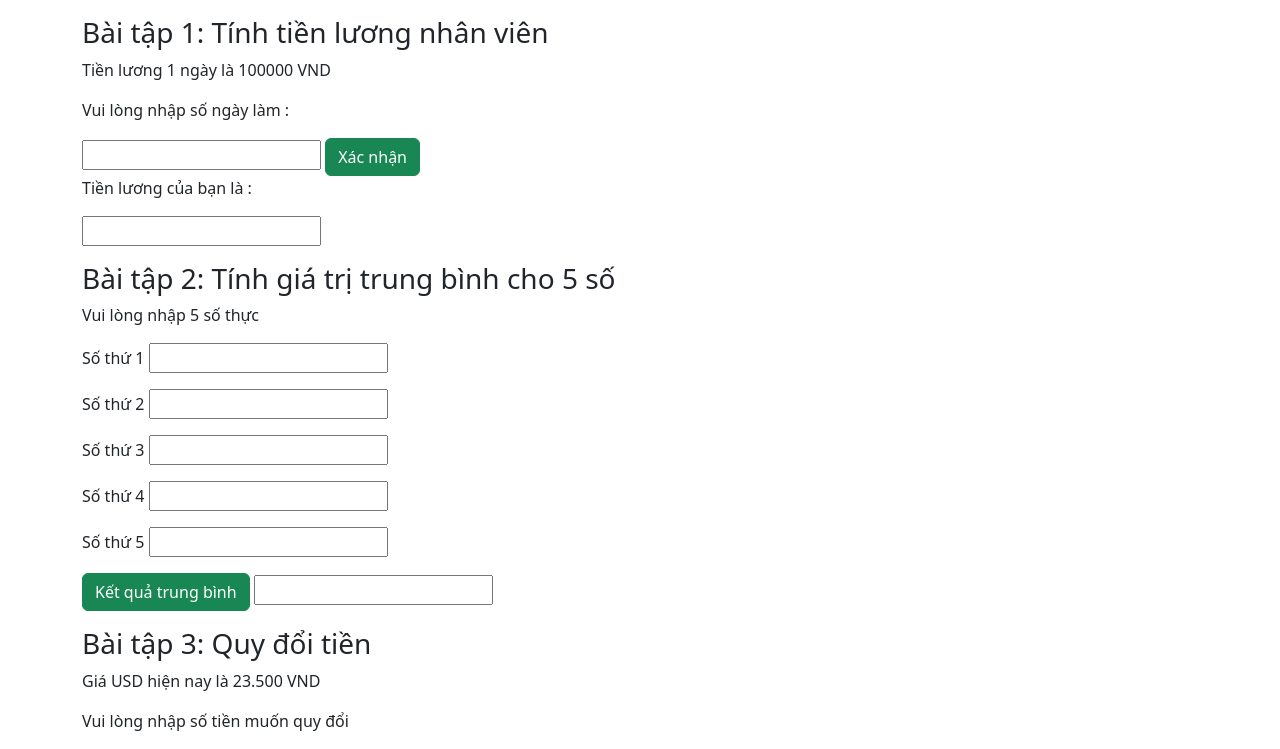
Repository: hcozyph/TranHuuPhuoc_BC43_BT_JS_Buoi2
Page: index.html
These files come from the project's save history. The page is drawn as it stood at one moment and after the next save; the edit follows.
The browser window is 1280 px wide. The pictures show the whole page.

Above is the page before, as saved 2023-01-21 22:17:26.

### index.html
<!DOCTYPE html>
<html lang="en">
    <head>
        <title>BT JS - Buoi 1</title>
        <!-- Required meta tags -->
        <meta charset="utf-8" />
        <meta
            name="viewport"
            content="width=device-width, initial-scale=1, shrink-to-fit=no"
        />

        <!-- Bootstrap CSS v5.2.1 -->
        <link
            href="https://cdn.jsdelivr.net/npm/bootstrap@5.2.1/dist/css/bootstrap.min.css"
            rel="stylesheet"
            integrity="sha384-iYQeCzEYFbKjA/T2uDLTpkwGzCiq6soy8tYaI1GyVh/UjpbCx/TYkiZhlZB6+fzT"
            crossorigin="anonymous"
        />

        <!-- FontAwesome 6.2.0 CSS -->
        <link
            rel="stylesheet"
            href="https://cdnjs.cloudflare.com/ajax/libs/font-awesome/6.2.0/css/all.min.css"
            integrity="sha512-xh6O/CkQoPOWDdYTDqeRdPCVd1SpvCA9XXcUnZS2FmJNp1coAFzvtCN9BmamE+4aHK8yyUHUSCcJHgXloTyT2A=="
            crossorigin="anonymous"
            referrerpolicy="no-referrer"
        />

        <!-- index.css -->
        <link rel="stylesheet" href="./style/index.css" />
    </head>

    <body>
        <!-- BT1 -->
        <div class="container">
            <div class="BT1">
                <h1 class="fs-3 mt-3">Bài tập 1: Tính tiền lương nhân viên</h1>
                <p>Tiền lương 1 ngày là 100000 VND</p>
                <p>Vui lòng nhập số ngày làm :</p>
                <input type="number" id="soNgayLam" />
                <button
                    class="btn btn-success"
                    id="btnXacNhan"
                    onclick="inputSoNgayLam()"
                >
                    Xác nhận
                </button>
                <p>Tiền lương của bạn là :</p>
                <input type="text" id="result" />
            </div>

            <!-- BT2 -->
            <div class="BT2">
                <h1 class="fs-3 mt-3">
                    Bài tập 2: Tính giá trị trung bình cho 5 số
                </h1>
                <p>Vui lòng nhập 5 số thực</p>

                <p>Số thứ 1 <input type="number" id="n1" /></p>
                <p>Số thứ 2 <input type="number" id="n2" /></p>
                <p>Số thứ 3 <input type="number" id="n3" /></p>
                <p>Số thứ 4 <input type="number" id="n4" /></p>
                <p>Số thứ 5 <input type="number" id="n5" /></p>

                <button
                    class="btn btn-success"
                    id="btnAverage"
                    onclick="average()"
                >
                    Kết quả trung bình
                </button>
                <input type="text" id="average" />
            </div>

            <!-- BT3 -->
            <div class="BT3">
                <h1 class="fs-3 mt-3">Bài tập 3: Quy đổi tiền</h1>
                <p>Giá USD hiện nay là 23.500 VND</p>
                <p>Vui lòng nhập số tiền muốn quy đổi</p>
            </div>
        </div>

        <!-- Bootstrap JavaScript Libraries -->
        <script
            src="https://cdn.jsdelivr.net/npm/@popperjs/core@2.11.6/dist/umd/popper.min.js"
            integrity="sha384-oBqDVmMz9ATKxIep9tiCxS/Z9fNfEXiDAYTujMAeBAsjFuCZSmKbSSUnQlmh/jp3"
            crossorigin="anonymous"
        ></script>

        <script
            src="https://cdn.jsdelivr.net/npm/bootstrap@5.2.1/dist/js/bootstrap.min.js"
            integrity="sha384-7VPbUDkoPSGFnVtYi0QogXtr74QeVeeIs99Qfg5YCF+TidwNdjvaKZX19NZ/e6oz"
            crossorigin="anonymous"
        ></script>

        <!-- index.js -->
        <script src="./index.js"></script>
    </body>
</html>

### index.js
//BT1: Tính tiền lương nhân viên
function inputSoNgayLam () {
    //input
    var soNgayLam = document.getElementById('soNgayLam').value;
    var luongMotNgay = 100000;
    //output
    var result = 0;

    var result = parseInt(soNgayLam) * parseInt(luongMotNgay);

    document.getElementById('result').value = result + 'VND';
}

//BT2: Tính trung bình cộng 5 số
function average () {
    //input
    var n1 = document.getElementById('n1').value;
    var n2 = document.getElementById('n2').value;
    var n3 = document.getElementById('n3').value;
    var n4 = document.getElementById('n4').value;
    var n5 = document.getElementById('n5').value;
    //output
    var average = 0;
    var soLuongInput = 5;

    var sum = parseFloat(n1) + parseFloat(n2) + parseFloat(n3) + parseFloat(n4) + parseFloat(n5);

    var average =  sum / parseFloat(soLuongInput) ;

    document.getElementById('average').value = average;
}

/*
Link vercel:
https://tran-huu-phuoc-bc-43-bt-js-buoi1.vercel.app/
*/

Loaded but not shown: style/index.css (no stored copy; drawn as an empty file)

After the next save:
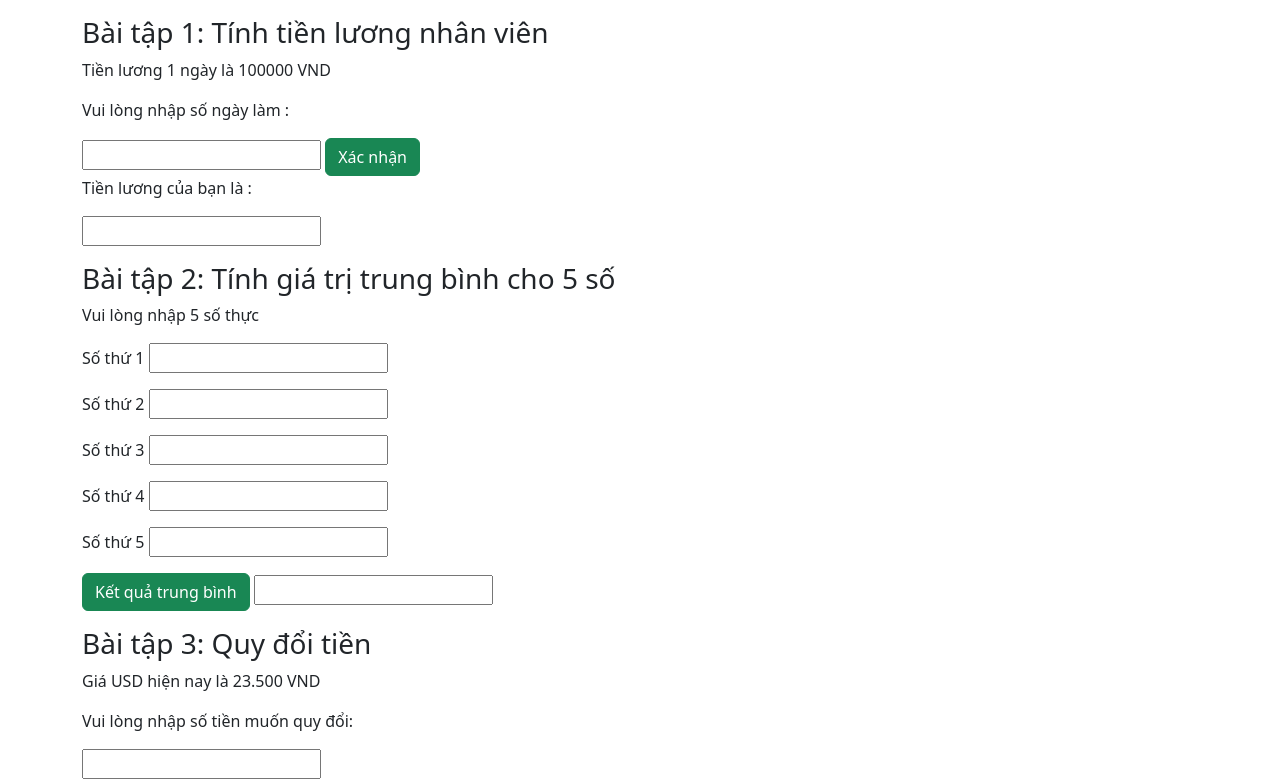
Saved 49 s later.
--- a/index.html
+++ b/index.html
@@ -76,7 +76,8 @@
             <div class="BT3">
                 <h1 class="fs-3 mt-3">Bài tập 3: Quy đổi tiền</h1>
                 <p>Giá USD hiện nay là 23.500 VND</p>
-                <p>Vui lòng nhập số tiền muốn quy đổi</p>
+                <p>Vui lòng nhập số tiền muốn quy đổi:</p>
+                <input type="number" id="inputUsd" />
             </div>
         </div>
 
